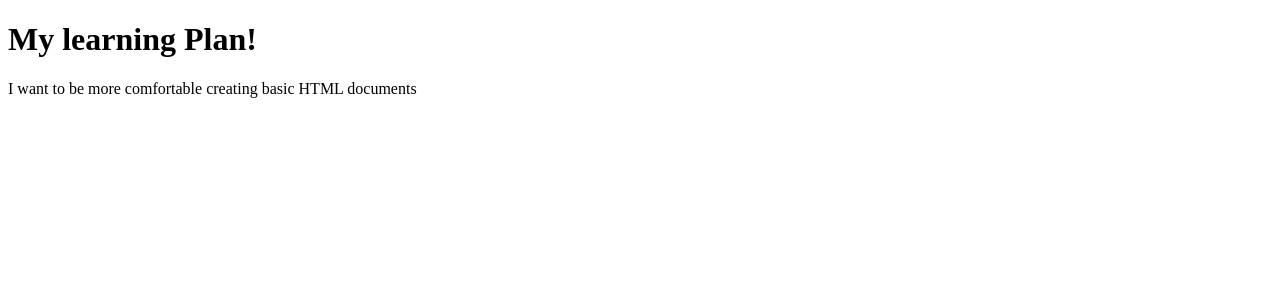
Repository: awollf/mdia-2109
Page: learning-plan.html
An editor plug-in stored every save of this project. The page is shown before and after the next save, followed by the edit.
The browser window is 1280 px wide. The pictures show the whole page.

Above is the page before, as saved 2026-01-26 11:07:24.

After the next save:
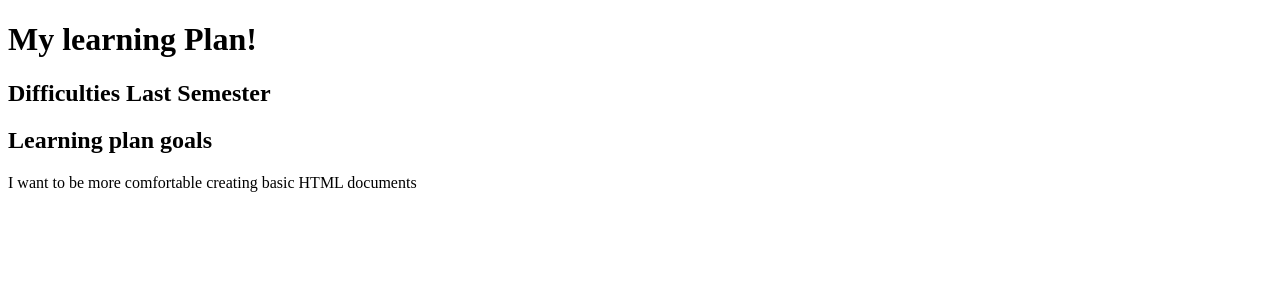
Saved 28 min 12 s later.
--- a/learning-plan.html
+++ b/learning-plan.html
@@ -7,6 +7,11 @@
 </head>
 <body>
     <h1>My learning Plan!</h1>
+
+    <h2>Difficulties Last Semester</h2>
+    <p></p>
+
+    <h2>Learning plan goals</h2>
     <p>I want to be more comfortable creating basic HTML documents</p>
 
 </body>
